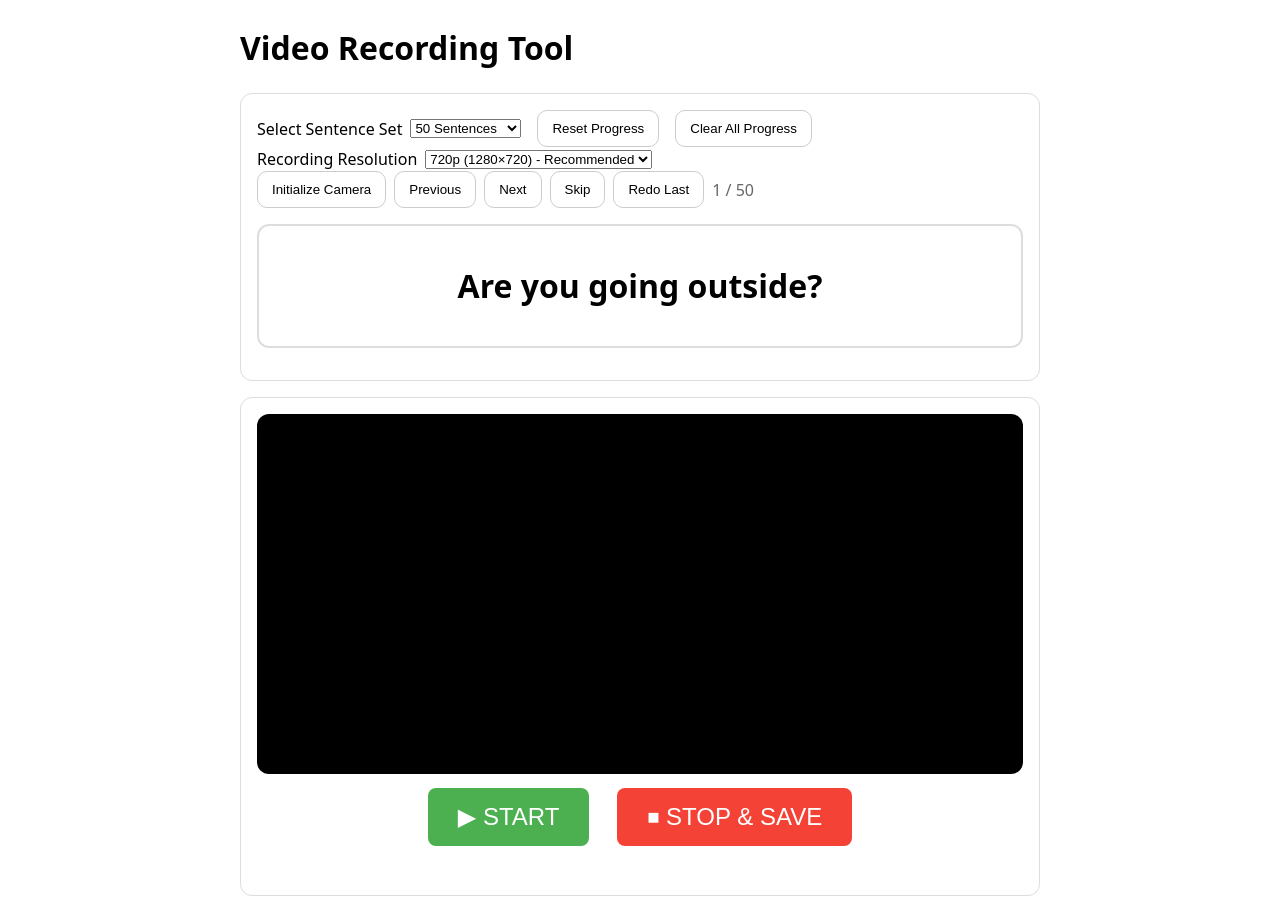
Repository: video2speech/video2speech.github.io
Page: index.html
The author's editor kept a copy of each file at every save. The page is drawn from the files as they stood at one save, then again after the next save.
The browser window is 1280 px wide. The pictures show the whole page.

Above is the page before, as saved 2025-09-04 11:53:24.

After the next save:
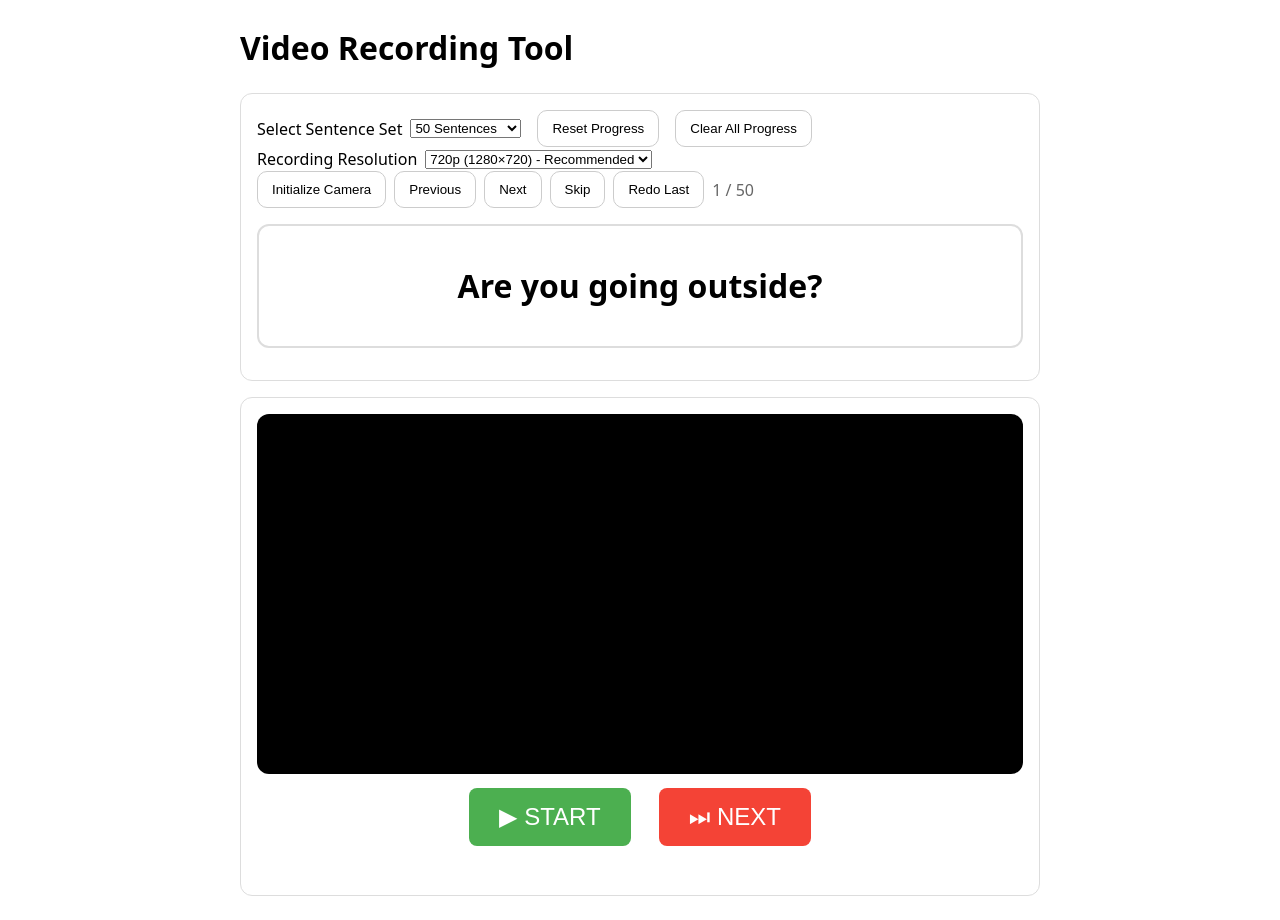
Saved 19 s later.
--- a/index.html
+++ b/index.html
@@ -51,7 +51,7 @@
     <video id="preview" playsinline autoplay muted></video>
     <div class="row" style="margin-top:8px; justify-content: center;">
       <button id="start" style="font-size: 1.5rem; padding: 15px 30px; background: #4CAF50; color: white; border: none; border-radius: 8px; cursor: pointer; margin: 0 10px;">▶ START</button>
-      <button id="stop" style="font-size: 1.5rem; padding: 15px 30px; background: #f44336; color: white; border: none; border-radius: 8px; cursor: pointer; margin: 0 10px;">⏹ STOP & SAVE</button>
+      <button id="stop" style="font-size: 1.5rem; padding: 15px 30px; background: #f44336; color: white; border: none; border-radius: 8px; cursor: pointer; margin: 0 10px;">⏭ NEXT</button>
     </div>
     <div class="row" style="justify-content: center; margin-top: 10px;">
       <div id="recordingStatus" style="font-size: 1.2rem; font-weight: bold; color: #f44336; display: none;">🔴 RECORDING IN PROGRESS</div>
